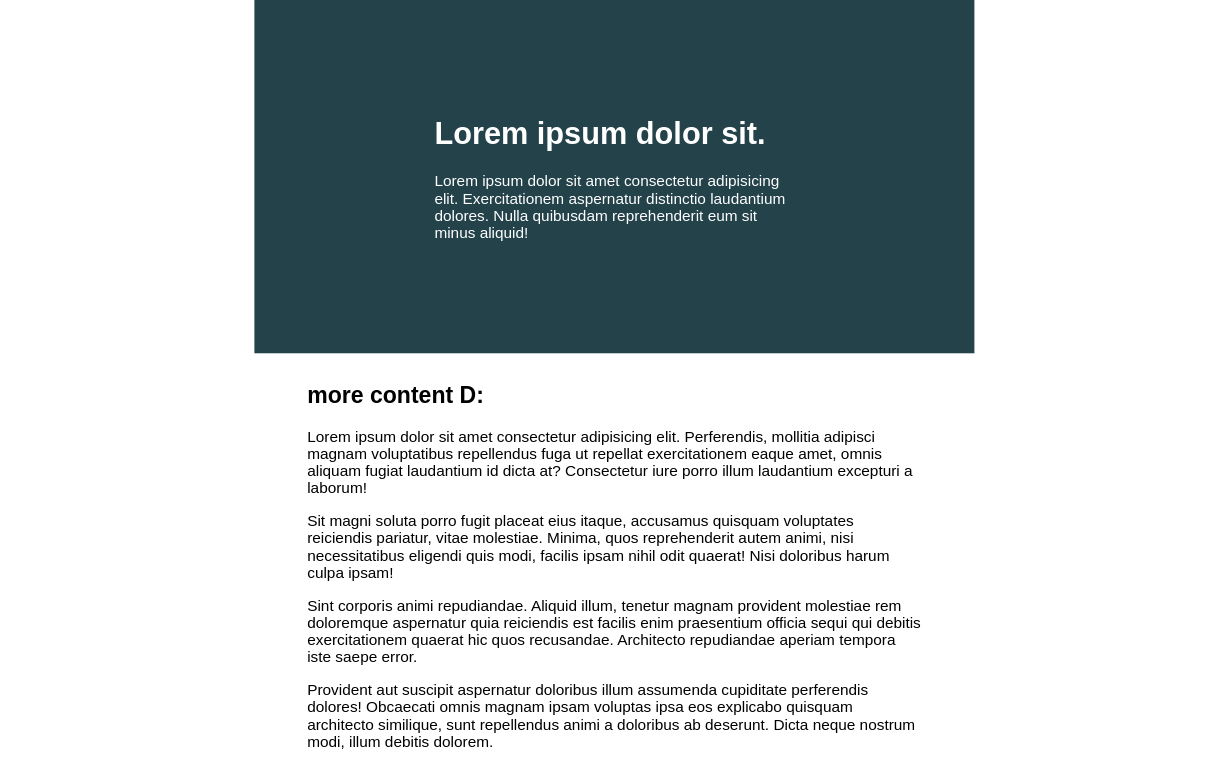
Repository: ufanodev/responsive-3
Page: index.html
An editor plug-in stored every save of this project. The page is shown before and after the next save, followed by the edit.
The browser window is 1280 px wide. The pictures show the whole page, at 96% of full size.

Above is the page before, as saved 2022-12-10 19:42:56.

### index.html
<!DOCTYPE html>
<html lang="en">
<head>
    <meta charset="UTF-8">
    <meta name="viewport" content="width=device-width, initial-scale=1.0">
    <title>KP Responsive Course</title>

    <link rel="stylesheet" href="style.css">
</head>
<body>

    <div class="container">
        <div class="intro-content">
            <h1>Lorem ipsum dolor sit.</h1>
            <p>Lorem ipsum dolor sit amet consectetur adipisicing elit. Exercitationem aspernatur distinctio laudantium dolores. Nulla quibusdam reprehenderit eum sit minus aliquid!</p>
        </div>
    </div>

    <div class ="intro-content2">
        <h2>more content D:</h2>
            <p>Lorem ipsum dolor sit amet consectetur adipisicing elit. Perferendis, mollitia adipisci magnam voluptatibus repellendus fuga ut repellat exercitationem eaque amet, omnis aliquam fugiat laudantium id dicta at? Consectetur iure porro illum laudantium excepturi a laborum!</p>

            <p>Sit magni soluta porro fugit placeat eius itaque, accusamus quisquam voluptates reiciendis pariatur, vitae molestiae. Minima, quos reprehenderit autem animi, nisi necessitatibus eligendi quis modi, facilis ipsam nihil odit quaerat! Nisi doloribus harum culpa ipsam!</p>

            <p>Sint corporis animi repudiandae. Aliquid illum, tenetur magnam provident molestiae rem doloremque aspernatur quia reiciendis est facilis enim praesentium officia sequi qui debitis exercitationem quaerat hic quos recusandae. Architecto repudiandae aperiam tempora iste saepe error.</p>
            <p>Provident aut suscipit aspernatur doloribus illum assumenda cupiditate perferendis dolores! Obcaecati omnis magnam ipsam voluptas ipsa eos explicabo quisquam architecto similique, sunt repellendus animi a doloribus ab deserunt. Dicta neque nostrum modi, illum debitis dolorem.</p>
    </div>

</body>
</html>

### style.css
/* INSTRUCTIONS
 *
 * 1) Keep the text inside .intro-content
 *    in the same place, but have the background
 *    extend from one side of the viewport
 *    to the other, no matter how wide or narrow
 *    the browser is.
 *
 * 2) Limit the maximum width of the text in the
 *    bottom area.
 *
 * You may modify the HTML if needed
 * (you probably should for this challenge)
 *
 */

* {
  box-sizing: border-box;
}

body {
  margin: 0;
  font-family: sans-serif;
}

.container {
  width: 80%;
  max-width: 750px;
  margin: 0 auto;
  background: #23424a;
  color: white;
  padding: 50px 0;
}

.intro-content {
  width: 50%;
  max-width: 750px;
  margin: 0 auto;
  padding: 50px 0;
}

.intro-content2 {
  width: 50%;
  max-width: 750px;
  margin: 0 auto;
  padding: 10px 0;
}

After the next save:
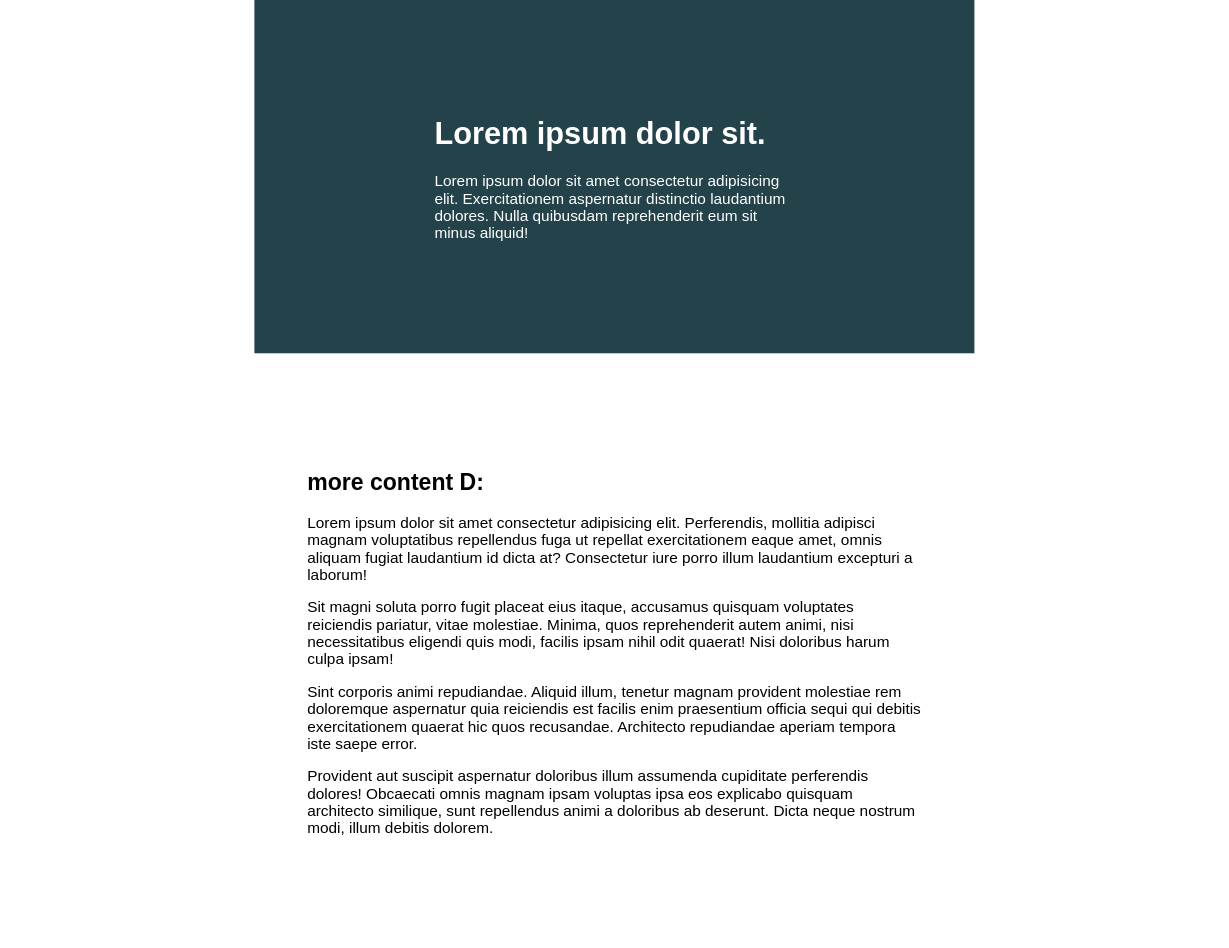
Saved 8 s later.
--- a/style.css
+++ b/style.css
@@ -43,5 +43,5 @@ body {
   width: 50%;
   max-width: 750px;
   margin: 0 auto;
-  padding: 10px 0;
+  padding: 100px 0;
 }
